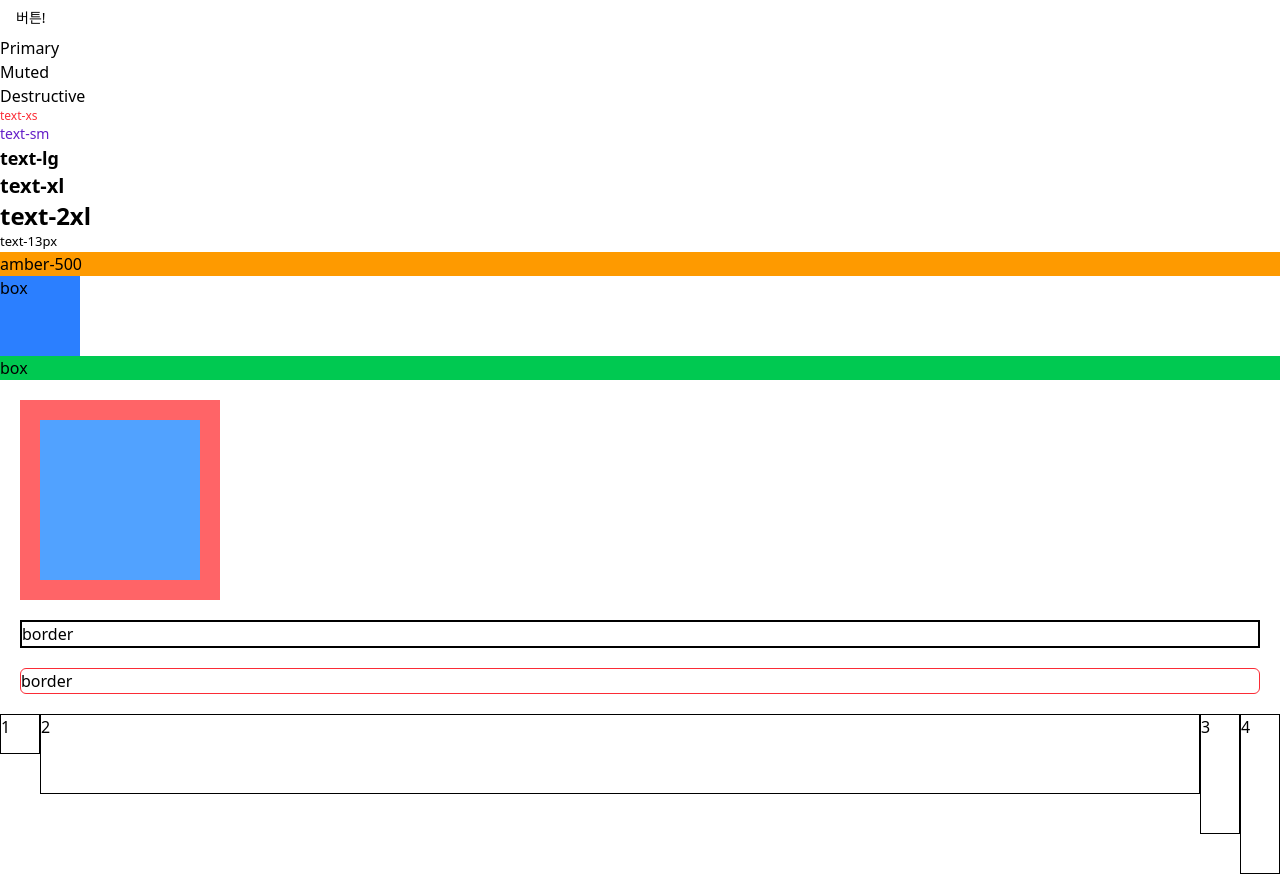
Repository: kkhhjjoo/onebite-tailwind
Page: /
These files come from the project's save history. The page is drawn as it stood at one moment and after the next save; the edit follows.
The browser window is 1280 px wide. The pictures show the whole page.
The project was rebuilt for these pictures with package versions that can differ from the ones it lists, and the page was loaded fresh each time. Also part of the build but not shown: vite.config.ts, src/App.css.

Above is the page before, as saved 2025-12-24 20:38:06.

### src/main.tsx
import { createRoot } from 'react-dom/client'
import './index.css'
import App from './App.tsx'

createRoot(document.getElementById('root')!).render(<App />);

### src/App.tsx
import "./App.css";
import { Button } from "@/components/ui/button";

function App() {
  const isAcitive = true;
  return (
    <div>
      <Button>버튼!</Button>
      <div className="text-primary">Primary</div>
      <div className="text-muted">Muted</div>
      <div className="text-destructive">Destructive</div>
      {/* 1. 타이포그래프 */}
      <div className="text-xs text-red-500">text-xs</div>
      <div className="text-sm text-[rgb(100,30,200)]">text-sm</div>
      <div className="text-lg font-bold">text-lg</div>
      <div className="text-xl font-extrabold">text-xl</div>
      <div className="text-2xl font-black">text-2xl</div>
      <div className="text-[13px]">text-13px</div>

      {/* 2. 백그라운드 컬러 */}
      <div className="bg-amber-500">amber-500</div>

      {/* 3. 사이즈 */}
      <div className="h-20 w-20 bg-blue-500">box</div>
      <div className="w-full bg-green-500">box</div>

      {/* 4. 여백 */}
      {/* <div className="h-50 w-50 bg-red-400 pt-5 pr-5 pb-5 pl-5"> */}
      <div className="m-5 h-50 w-50 bg-red-400 px-5 py-5">
        <div className="h-full w-full bg-blue-400"></div>
      </div>

      {/* 5. 보더 */}
      <div className="m-5 border-x-2 border-y-2">border</div>
      <div className="m-5 rounded-md border-t border-r border-b border-l border-red-500">
        border
      </div>

      {/* 6. 플렉스 컨테이너 */}
      <div className="flex flex-row items-start justify-evenly">
        <div className="h-10 w-10 border">1</div>
        <div className="h-20 w-10 flex-1 border">2</div>
        <div className="h-30 w-10 border">3</div>
        <div className="h-40 w-10 border">4</div>
      </div>
    </div>
  );
}

export default App;

### src/components/ui/button.tsx
import * as React from "react"
import { Slot } from "@radix-ui/react-slot"
import { cva, type VariantProps } from "class-variance-authority"

import { cn } from "@/lib/utils"

const buttonVariants = cva(
  "inline-flex items-center justify-center gap-2 whitespace-nowrap rounded-md text-sm font-medium transition-all disabled:pointer-events-none disabled:opacity-50 [&_svg]:pointer-events-none [&_svg:not([class*='size-'])]:size-4 shrink-0 [&_svg]:shrink-0 outline-none focus-visible:border-ring focus-visible:ring-ring/50 focus-visible:ring-[3px] aria-invalid:ring-destructive/20 dark:aria-invalid:ring-destructive/40 aria-invalid:border-destructive",
  {
    variants: {
      variant: {
        default: "bg-primary text-primary-foreground hover:bg-primary/90",
        destructive:
          "bg-destructive text-white hover:bg-destructive/90 focus-visible:ring-destructive/20 dark:focus-visible:ring-destructive/40 dark:bg-destructive/60",
        outline:
          "border bg-background shadow-xs hover:bg-accent hover:text-accent-foreground dark:bg-input/30 dark:border-input dark:hover:bg-input/50",
        secondary:
          "bg-secondary text-secondary-foreground hover:bg-secondary/80",
        ghost:
          "hover:bg-accent hover:text-accent-foreground dark:hover:bg-accent/50",
        link: "text-primary underline-offset-4 hover:underline",
      },
      size: {
        default: "h-9 px-4 py-2 has-[>svg]:px-3",
        sm: "h-8 rounded-md gap-1.5 px-3 has-[>svg]:px-2.5",
        lg: "h-10 rounded-md px-6 has-[>svg]:px-4",
        icon: "size-9",
        "icon-sm": "size-8",
        "icon-lg": "size-10",
      },
    },
    defaultVariants: {
      variant: "default",
      size: "default",
    },
  }
)

function Button({
  className,
  variant = "default",
  size = "default",
  asChild = false,
  ...props
}: React.ComponentProps<"button"> &
  VariantProps<typeof buttonVariants> & {
    asChild?: boolean
  }) {
  const Comp = asChild ? Slot : "button"

  return (
    <Comp
      data-slot="button"
      data-variant={variant}
      data-size={size}
      className={cn(buttonVariants({ variant, size, className }))}
      {...props}
    />
  )
}

export { Button, buttonVariants }

Loaded but not shown: index.html (common file); src/index.css (common file); src/lib/utils.ts (common file)

After the next save:
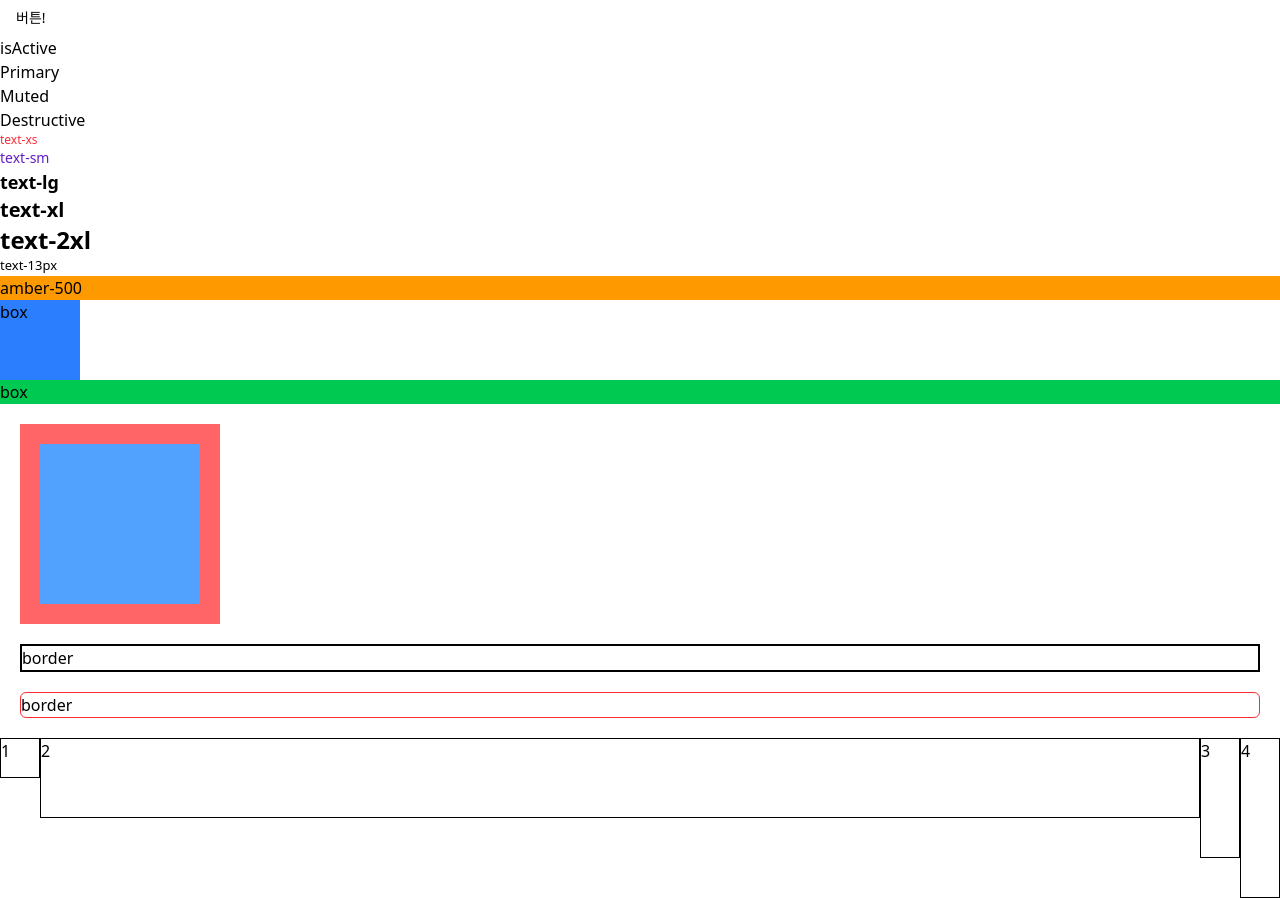
Saved 20 s later.
--- a/src/App.tsx
+++ b/src/App.tsx
@@ -6,6 +6,9 @@ function App() {
   return (
     <div>
       <Button>버튼!</Button>
+
+      <div>isActive</div>
+
       <div className="text-primary">Primary</div>
       <div className="text-muted">Muted</div>
       <div className="text-destructive">Destructive</div>
